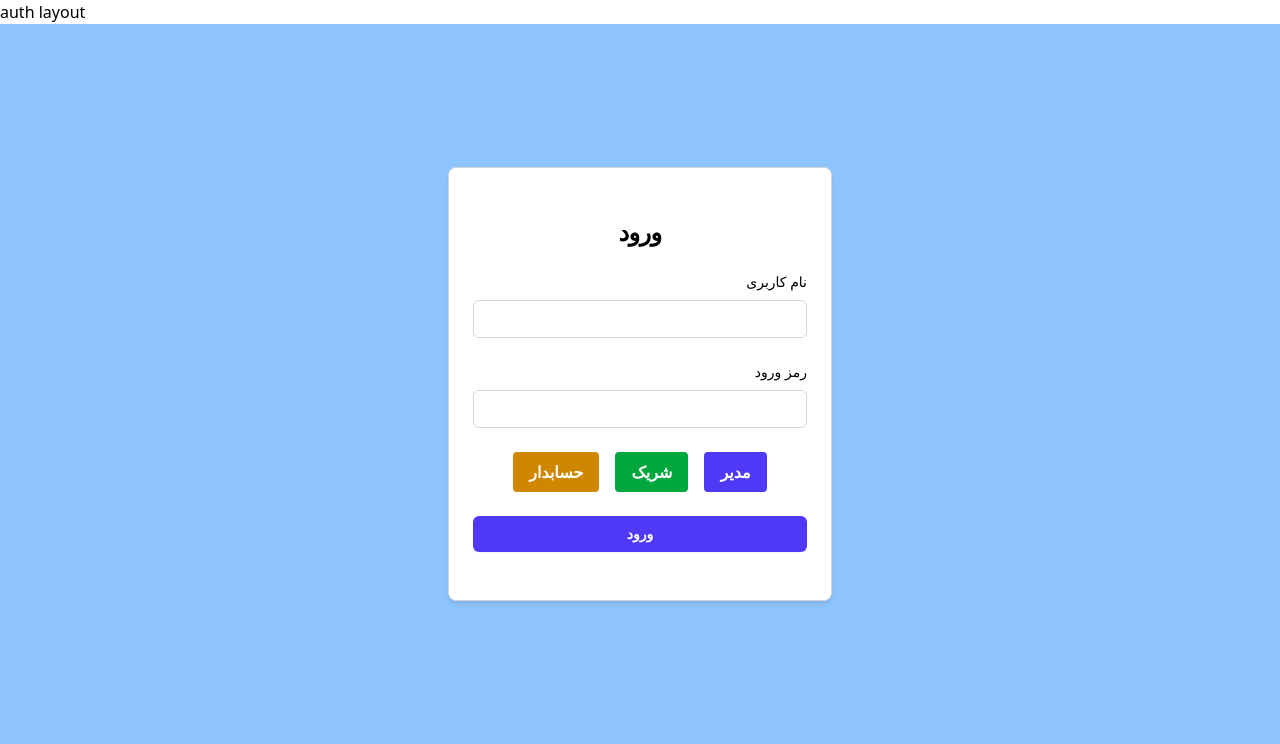
Repository: fuad303/karokhy-frontend
Page: /login
These files come from the project's save history. The page is drawn as it stood at one moment and after a run of saves; the edit follows.
The browser window is 1280 px wide. The pictures show the whole page.
The project was rebuilt for these pictures with package versions that can differ from the ones it lists, and the page was loaded fresh each time. Also part of the build but not shown: vite.config.ts, src/layouts/MainLayout.tsx, src/pages/Home.tsx.

Above is the page before, as saved 2025-12-08 12:59:31.

After the next 2 saves:
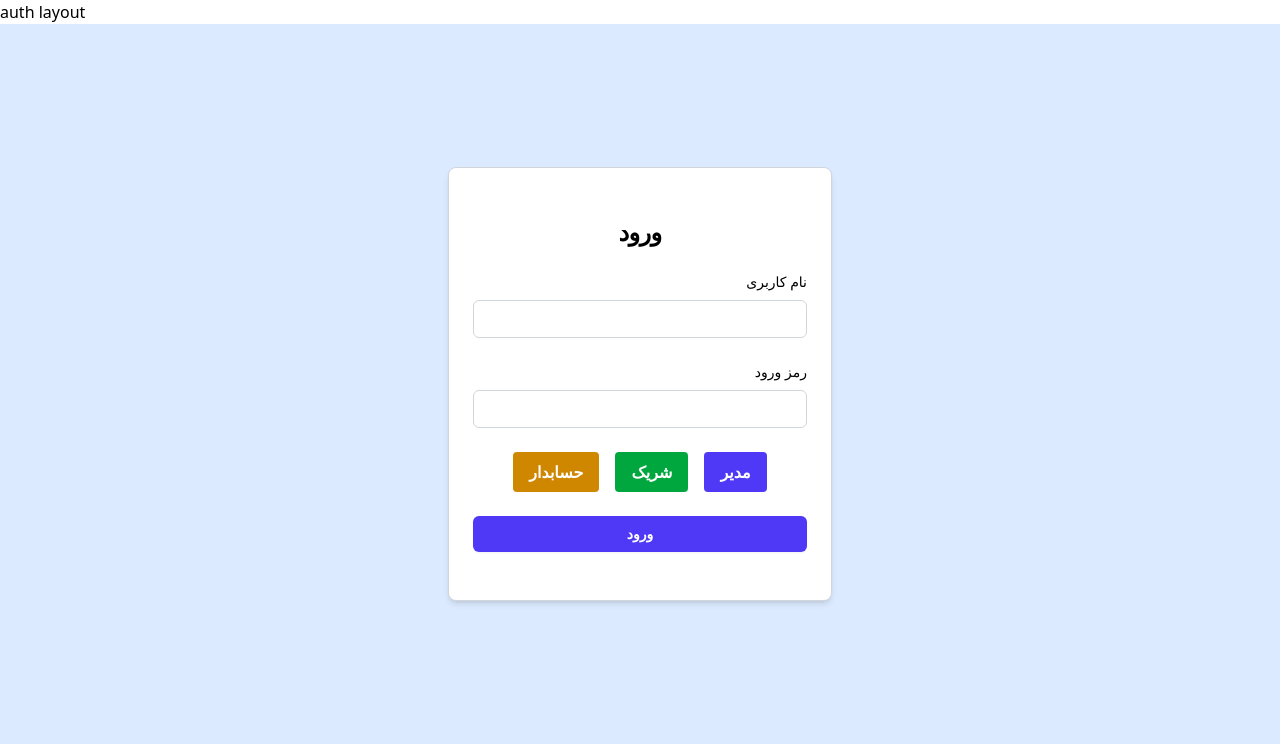
The 2 saves are shown as one change because they came seconds apart.
The last was saved 11 s later.
--- a/src/components/LoginPage.tsx
+++ b/src/components/LoginPage.tsx
@@ -7,7 +7,7 @@ function LoginPage() {
       dir="rtl"
     >
       {/* پس‌زمینه بلور */}
-      <div className="absolute inset-0 bg-blue-300 bg-opacity-70 backdrop-blur-sm"></div>
+      <div className="absolute inset-0 bg-blue-100 bg-opacity-70 backdrop-blur-sm"></div>
 
       {/* فرم چایلد با بوردر و پس‌زمینه سفید */}
       <div className="relative flex flex-col justify-center px-6 py-12 sm:w-full sm:max-w-sm bg-white border border-gray-300 rounded-lg shadow-md">
